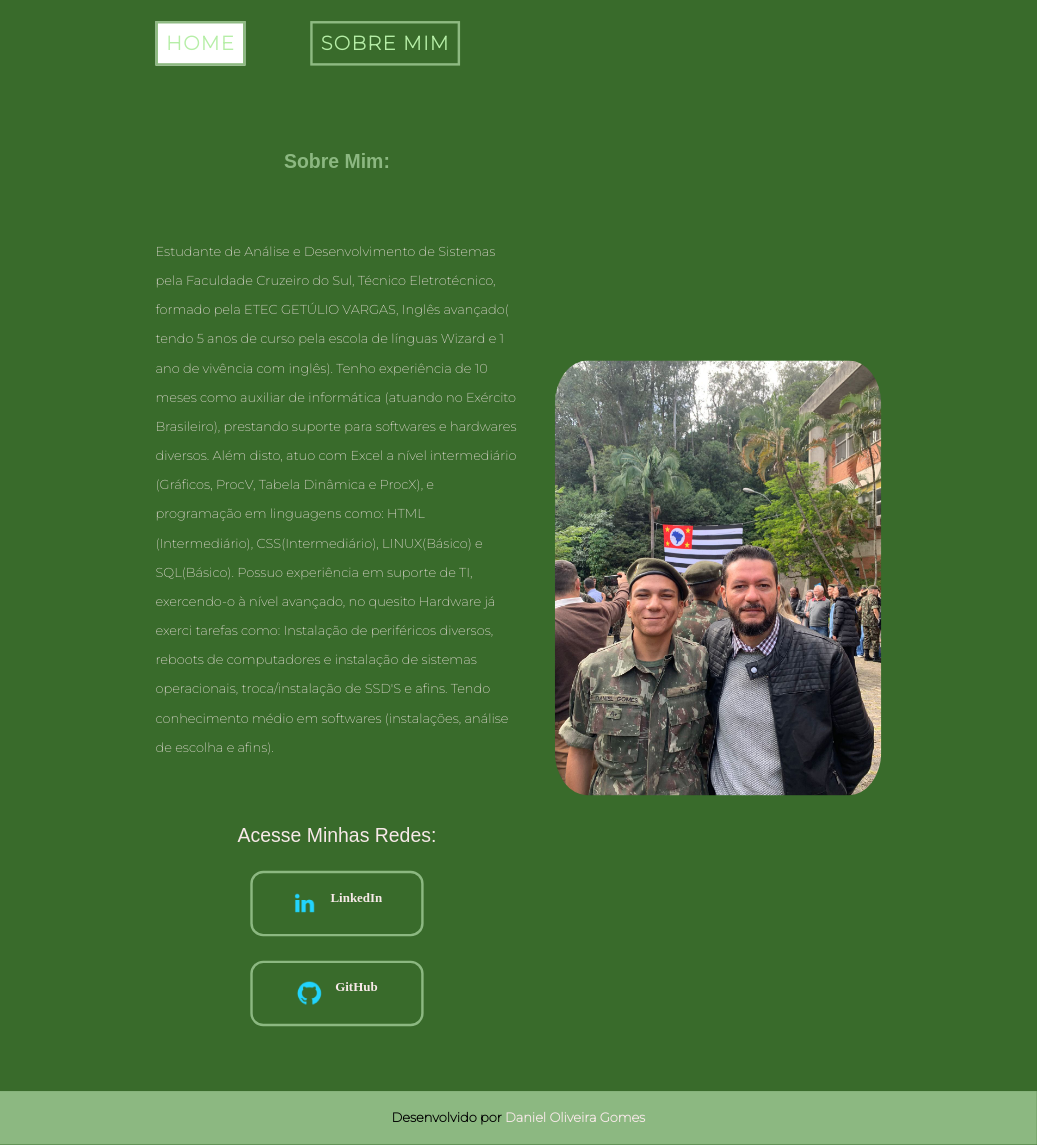
Repository: DamnDTX/Portfolio-Daniel-Oliveira-1
Page: about.html
These files come from the project's save history. The page is drawn as it stood at one moment and after the next save; the edit follows.
The browser window is 1280 px wide. The pictures show the whole page, at 81% of full size.
The pointer rests on the first visible `.cabecalho__menu__link`.
Some web fonts or font styles are not loaded; a fallback is used.

Above is the page before, as saved 2023-07-11 18:53:22.

### about.html
<!DOCTYPE html>
<html lang="pt-br">
<head>
    <meta charset="UTF-8">
    <meta name="viewport" content="width=device-width, initial-scale=1.0">
    <title>Sobre Mim</title>
    <link rel="stylesheet" href="./styles/about.css">
    <!--Há duas formas de nós conseguirmos linkar o nosso arquivos css, a primeira forma nós já sabemos, que é utilizando o elemento link, mas podemos fazer de outra forma, que é escrevendo "link:" e puxar o caminho do css, prefiro a primeira forma, já que a velocidade de ação é a mesma-->
</head>
<body>
<header>
    <header class="cabecalho">
        <nav class="cabecalho__menu">
            <a class="cabecalho__menu__link" href="index.html">Home</a>
            <a class="cabecalho__menu__link" href="about.html">Sobre Mim</a>
        </nav>
</header>
<!--Copiamos o header da outra página html, temos que ver que tem coisas que queremos que continue igual, igual
    o header e as estilizações (posicionamento e afins, quando for assim, copiamos as propriedades da mesma forma
    , alterando só quando necessário)
-->
<main class="principal">
    <section class="principal__conteudo">
        <h1 class="principal__conteudo__titulo">
   <strong>Sobre Mim:</strong>
        </h1>

        <h4 class="principal__conteudo__apresentacao">
            Estudante de Análise e Desenvolvimento de Sistemas pela Faculdade Cruzeiro do Sul, Técnico Eletrotécnico, formado pela ETEC GETÚLIO VARGAS, Inglês avançado( tendo 5 anos de curso pela escola de línguas Wizard e 1 ano de vivência com inglês). Tenho experiência de 10 meses como auxiliar de informática (atuando no Exército Brasileiro), prestando suporte para softwares e hardwares diversos. Além disto, atuo com Excel a nível intermediário (Gráficos, ProcV, Tabela Dinâmica e ProcX), e programação em linguagens como: HTML (Intermediário), CSS(Intermediário), LINUX(Básico) e SQL(Básico). Possuo experiência em suporte de TI, exercendo-o à nível avançado, no quesito Hardware já exerci tarefas como: Instalação de periféricos diversos, reboots de computadores e instalação de sistemas operacionais, troca/instalação de SSD'S e afins. Tendo conhecimento médio em softwares (instalações, análise de escolha e afins).
        </h4>
        <div class="principal__links">
            <h2 class="principal__links__subtitulo">Acesse Minhas Redes:</h2>
        <a class="principal__link__social" target="_blank" href="https://www.linkedin.com/in/daniel-oliveira-gomes-3470511b6/">
                <img src="./assets/Logo linkedin.png" alt="linkeidn_logo">
            LinkedIn
                </a>
        <a class="principal__link__social" target="_blank" href="https://github.com/DamnDTX/">
          <img src="./assets/Logo Github.png" alt="github_logo">
          GitHub
        </a>
    </section>
    <img class="daniel" alt="minha_pessoa" src="./assets/Daniel milico.jpeg">
</main>

<footer class="rodape">
    <h4>Desenvolvido por <strong class="desenvolvedor">Daniel Oliveira Gomes</strong></h4>
</footer>
</body>
</html>

### styles/about.css
@import url('https://fonts.googleapis.com/css2?family=Abril+Fatface&family=Krona+One&family=Montserrat:wght@100;200&display=swap');
@import url('https://fonts.googleapis.com/css2?family=Abril+Fatface&family=Krona+One&family=Montserrat:wght@100&display=swap');

:root{
    --cor-dos-textos:#F8E9E9;
    --fonte-textos:'Montsserrat',sans-serif;
    --fonte-titulos:'Krona One', sans-serif;
}




*{
    margin: 0;
    padding: 0;
}

body{
    background-color:  #396B2B;
    color: var(--cor-dos-textos);
    height: 100vh;
    box-sizing: border-box;
}
 /*O 100vh serve quando temos poucos elementos na página, quando o body não alcança tudo (quando há poucos
 elementos), quando não for o caso de termos poucos elementos, tiramos-o, ou melhor, não os usamos  */
strong{
    color: #8CB881;
}

.cabecalho{
padding: 2% 0 0 15%;
}

.cabecalho__menu{display: flex;
gap: 80px;}

.cabecalho__menu__link{
    font-size:  1.5rem;
    font-family: 'Montserrat', sans-serif;
    font-style: normal;
    font-weight: 600;
    line-height: normal;
    color: #B6EEA7;
    text-decoration: none;
    text-transform: uppercase;
    letter-spacing: 0.1rem;
    border-style: solid;
    border-color: #8EBA82;
    padding: 10px;
    background-color: transparent;
}

.principal{display: flex;
align-items: center;
justify-content: space-between;
padding: 5% 15%;
gap: 40px;}



.principal__conteudo{
    width: 50%;
    height: 50%;
    display: flex;
    flex-direction: column;
    gap: 40px;
       }

.principal__conteudo__titulo{
    font-family: 'Krona One', sans-serif;
    font-size: 2.25;
    text-align: center;
    margin-top: 40px;

}



.principal__conteudo__apresentacao{
    font-family: 'Montserrat', sans-serif;
    display: flex;
    flex-direction: column;
    font-size:  1,5rem;
    font-style: normal;
    font-weight: 400;
    line-height: 36px;
    color: #F8E9E9;
    margin-top: 40px;
}

.daniel{
    height: 45%;
    width: 45%;
    border-radius: 10%;
    justify-content: center;
}

 .principal__links{
        justify-content: space-between;
        flex-direction:column;
        align-items: center;
        display: flex;
        width: 50% auto;
        padding: 16px;
        justify-content: center;
        align-items: center;
        gap: 20px;

        .principal__links__social:hover{
            background-color: #3843E0;
        }
 }
    .principal__links__subtitulo{
        font-family: 'Krona One', sans-serif;
        font-weight: 400;
        margin-top: 20px;
        }


    .principal__link__social{
        background-color: transparent;
        color: #F8E9E9;
        width: 50%;
        height: 32px;
        text-align: center;
        border-radius: 16px;
        font-size:  1,5rem;
        padding: 21.5px 0;
        text-decoration: none;
        font-weight: 600;
        border-style: solid;
        display: flex;
        justify-content: center;
        gap: 16px;
        margin-top: 10px;
        border-color: #8CB881;
    }

.logo{width: 28px;
    height: 28px;
    }

.rodape{font-size:  1,5rem;
    font-family: 'Montserrat', sans-serif;
    font-style: normal;
    font-weight: 400;
    line-height: 36px;
    background-color: #8CB881;
    text-align: center;
    color: black;
    padding: 15px;
    flex-shrink: 0;
}

    .desenvolvedor{color: #F8E9E9;}

    .cabecalho__menu__link:hover{
        background-color: white;
    }


    @media (max-width:800px) {
        .cabecalho {
            padding: 10%;
        }

        .cabecalho__menu{
            justify-content: center;
        }

        .principal {
            flex-direction: column-reverse;
            padding: 5% 5%;
        }

        .principal__conteudo{
            width: auto;
        }

        .daniel{
            width: 50%;
            height: 50%;
        }

    }

After the next save:
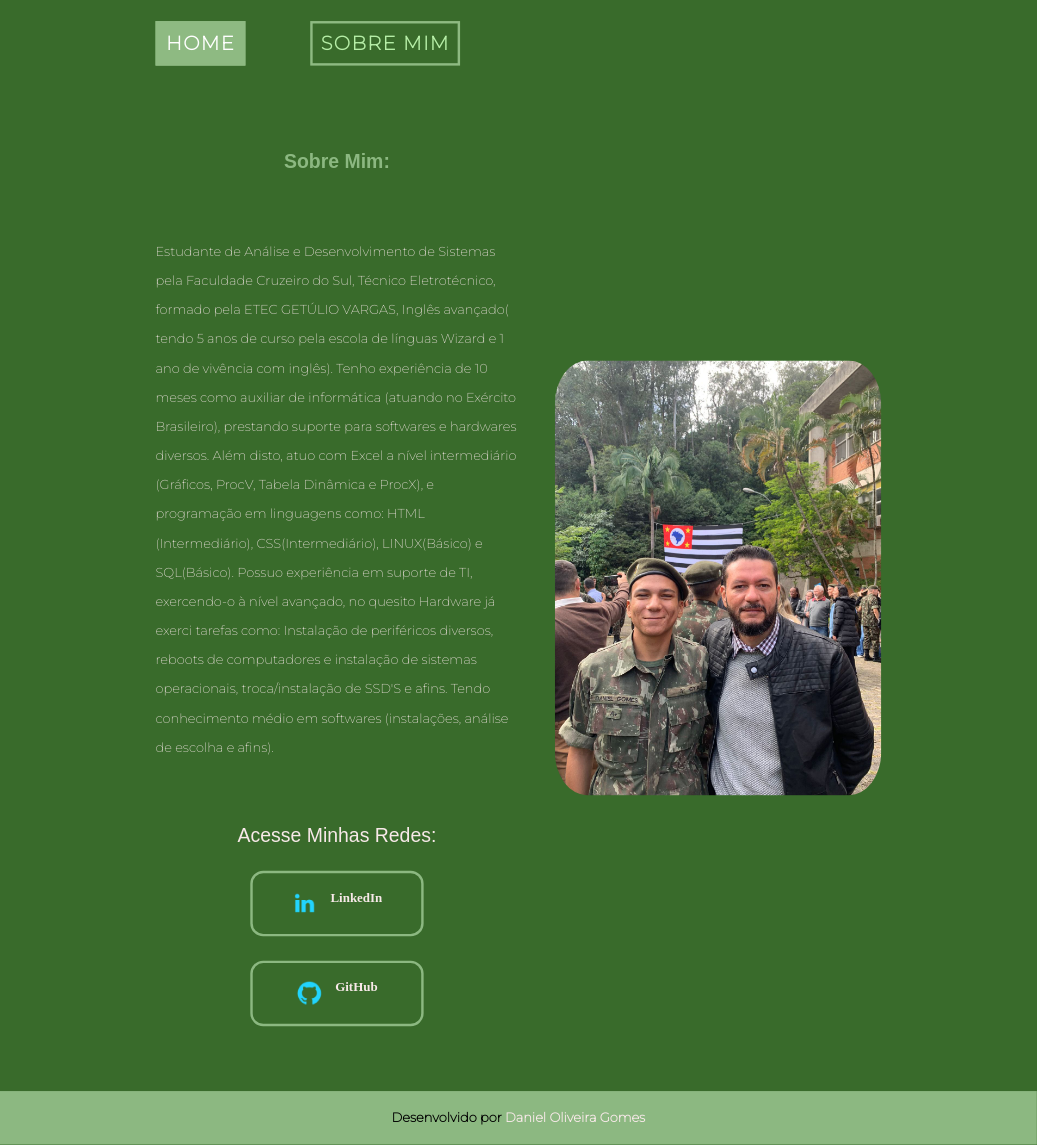
Saved 48 s later.
--- a/styles/about.css
+++ b/styles/about.css
@@ -155,7 +155,8 @@ gap: 40px;}
     .desenvolvedor{color: #F8E9E9;}
 
     .cabecalho__menu__link:hover{
-        background-color: white;
+        background-color: #8EBA82;
+        color: white;
     }
 
 
